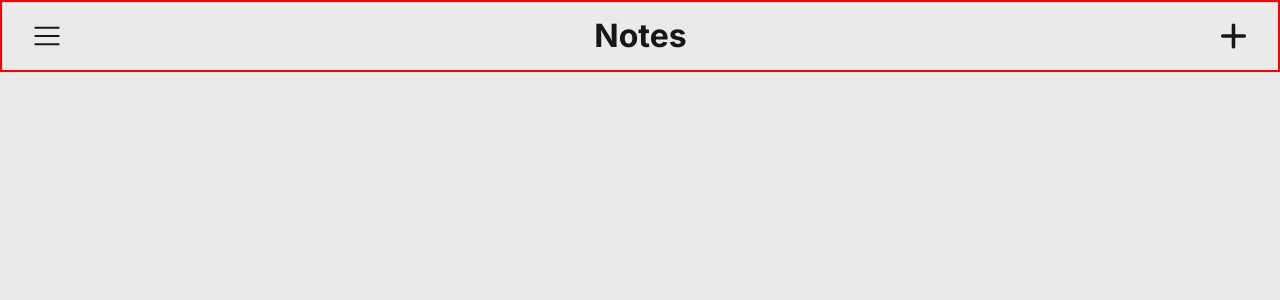
Repository: IdaHolmen/notes
Page: index.html
These files come from the project's save history. The page is drawn as it stood at one moment and after the next save; the edit follows.
The browser window is 1280 px wide. The pictures show the whole page.

Above is the page before, as saved 2024-10-26 17:09:50.

After the next save:
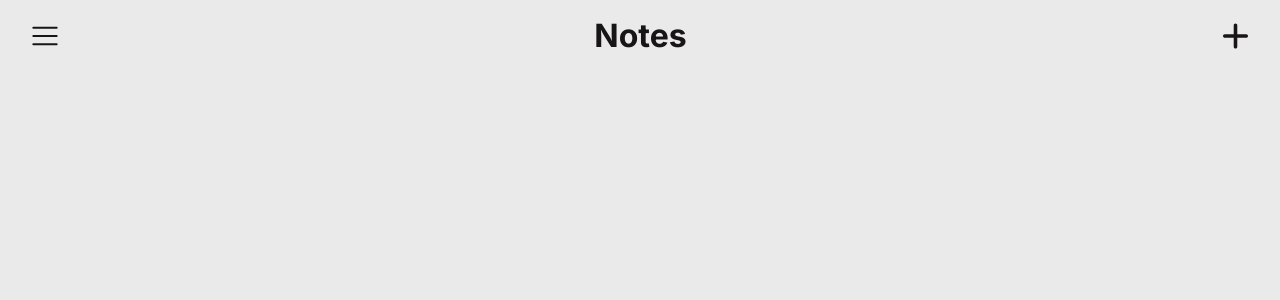
Saved 22 s later.
--- a/css/style.css
+++ b/css/style.css
@@ -18,7 +18,6 @@ body {
 .notes-header {
     width: 100%;
     height: 10%;
-    border: 2px solid red;
     display: flex;
     flex-direction: row;
     align-items: center;
